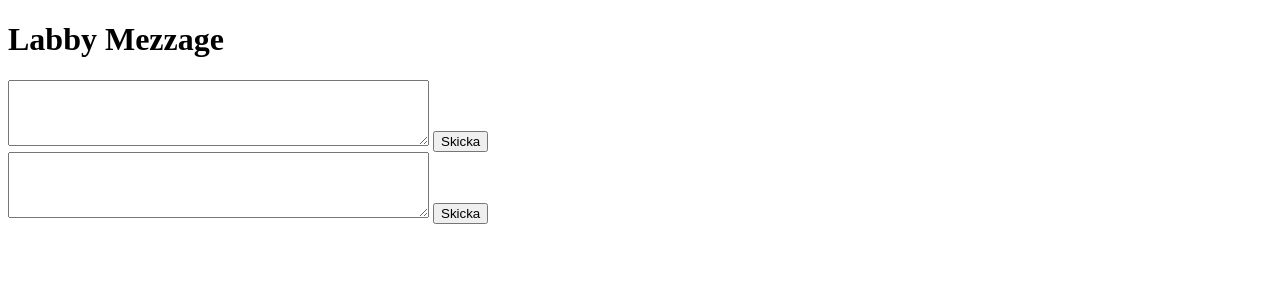
Repository: CarroForslund/1dv403-cf222ev-laborationer
Page: 2-labbymezzage/index.html
The author's editor kept a record of every edit. The page is drawn from the files as they stood at one moment, then again after the next edit.
The browser window is 1280 px wide. The pictures show the whole page.

Above is the page before.
Console error: TypeError: MessageBoard is not a constructor

After the next edit:
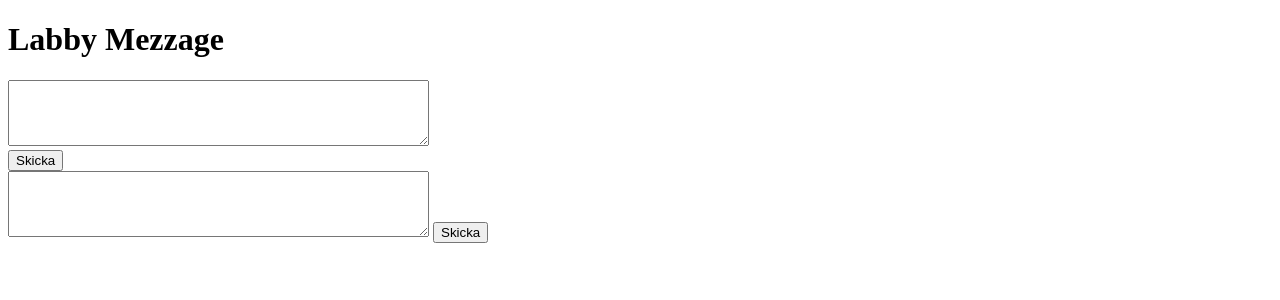
The edit:
--- a/2-labbymezzage/index.html
+++ b/2-labbymezzage/index.html
@@ -12,7 +12,7 @@
         <div id="container">
             <h1>Labby Mezzage</h1>
             <div class="board" id="board1">
-                <textarea rows="4" cols="50"></textarea>
+                <textarea rows="4" cols="50"></textarea><br />
                 <input id="send" type="submit" value="Skicka" />
 
             </div>
